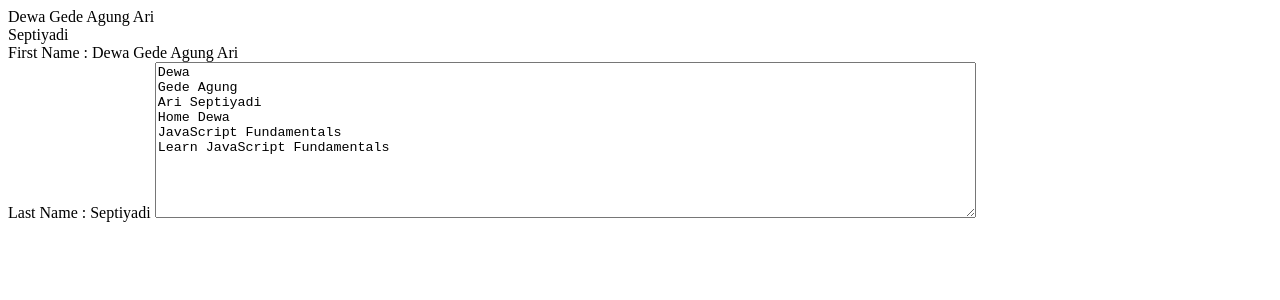
Repository: dewaary/JavaScript-Fundamentals
Page: index.html
An editor plug-in stored every save of this project. The page is shown before and after the next save, followed by the edit.
The browser window is 1280 px wide. The pictures show the whole page.

Above is the page before, as saved 2021-06-18 23:35:34.

After the next save:
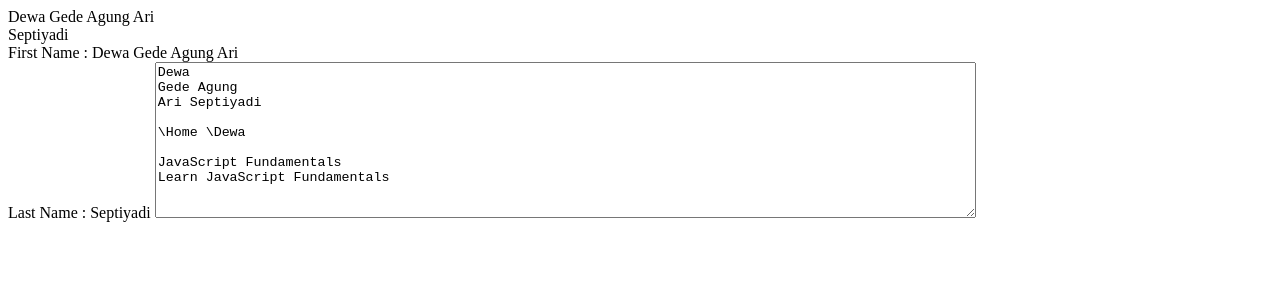
Saved 27 s later.
--- a/scripts/type-data-string.js
+++ b/scripts/type-data-string.js
@@ -22,8 +22,8 @@
 */
 
 document.writeln("<textarea cols = '100' rows = '10'>");
-document.writeln("Dewa \nGede Agung \nAri Septiyadi");
-document.writeln("Home Dewa");
+document.writeln("Dewa \nGede Agung \nAri Septiyadi\n");
+document.writeln("\\Home \\Dewa\n");
 document.writeln("JavaScript Fundamentals");
 document.writeln('Learn JavaScript Fundamentals')
 document.writeln("</textarea>");
